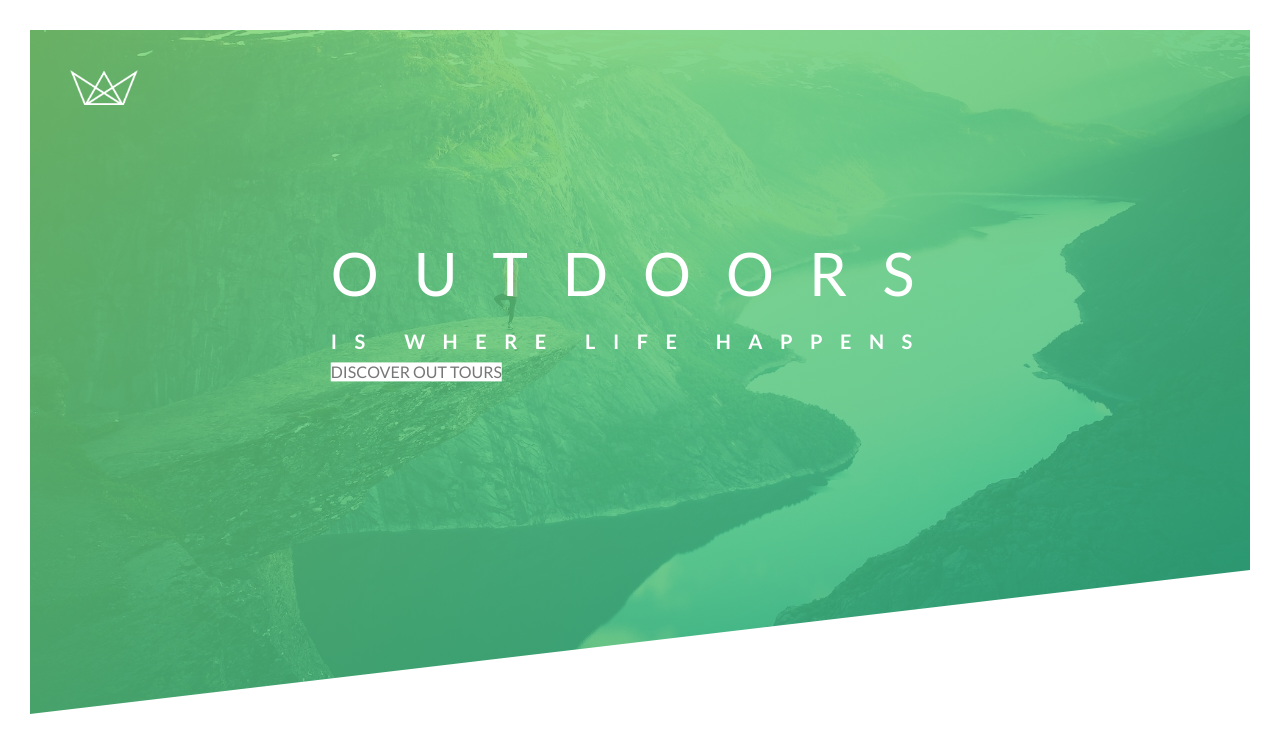
Repository: kamilluc/advanced-css-course
Page: Natours/my-implementation/index.html
An editor plug-in stored every save of this project. The page is shown before and after the next save, followed by the edit.
The browser window is 1280 px wide. The pictures show the whole page.

Above is the page before, as saved 2019-05-24 23:23:00.

After the next save:
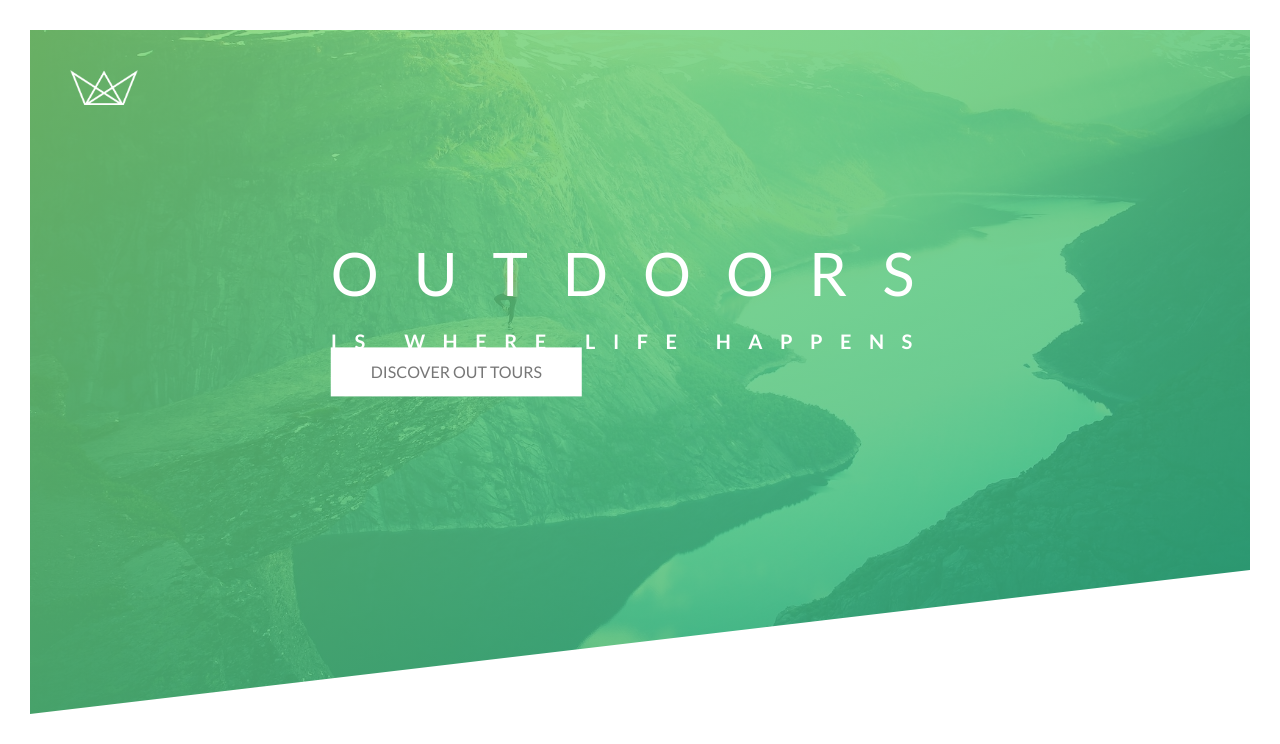
Saved 29 s later.
--- a/Natours/my-implementation/css/style.css
+++ b/Natours/my-implementation/css/style.css
@@ -113,6 +113,7 @@ body {
 .btn:visited {
   text-transform: uppercase;
   text-decoration: none;
+  padding: 15px 40px;
 }
 
 .btn-white {
